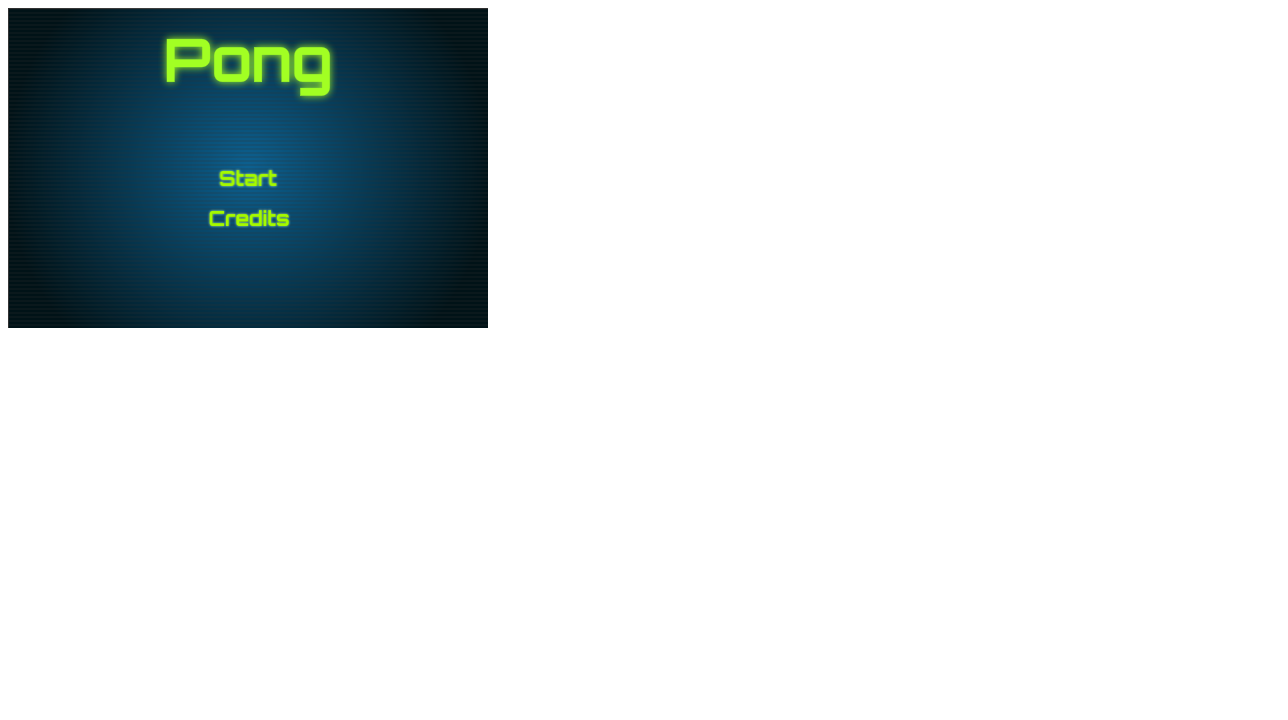
Repository: nourHellani/PongGame
Page: index.html
These files come from the project's save history. The page is drawn as it stood at one moment and after the next save; the edit follows.
The browser window is 1280 px wide. The page is 1288 px wide, then 1280 px, so the pictures cover 1288 px, including what lies to the right of the window. The pictures show the whole page.

Above is the page before, as saved 2023-02-01 12:18:07.
Console error: TypeError: Cannot read properties of null (reading 'getContext')

### index.html
<!DOCTYPE html>
<html>

<head>

	<title>Pong Game</title>

	<style>
		* {
			-webkit-tap-highlight-color: rgba(0, 0, 0, 0);
		}

		body {
			width: 100%;
			height: 100%;
			overflow: hidden;
			display: block;
		}
	</style>

	<!-- javascript libraries
		TweenJs for handling screen transitions and the game loop
		SoundIJS for the sound effects -->

	<script src="easel.js"></script>
	<script src="Tween.js"></script>
	<script src="sound.js"></script>
	<script src="Main.js"></script>


	<script src="https://code.jquery.com/jquery-3.5.1.min.js"></script>
</head>

<body onload="Main();">

	<script>
		(function() {
		   var myCanvas = document.getElementById('Pong')
		   // refering to the canvas using its id
		   var content = myCanvas.getContext('2d');
		   function start() {
			  screen.addEventListener('resize', fitCanvas, false);
			  fitCanvas();    // initial canvas border
		   }
		   function resize() {
			  content.strokeStyle = 'red';
			  content.lineWidth = '10';
			  content.strokeRect(0, 0, screen.innerWidth, screen.innerHeight);
		   }
		   function fitCanvas() {
			  myCanvas.width = screen.innerWidth;
			  myCanvas.height = screen.innerHeight;
			  resize();
		   }
		})();
	 </script>

	<canvas id="Pong" width="480" height="320"></canvas>

</body>

</html>

### sound.js
/**
* EaselJS
* Visit http://easeljs.com/ for documentation, updates and examples.
*
* Copyright (c) 2011 Grant Skinner
*
* Permission is hereby granted, free of charge, to any person
* obtaining a copy of this software and associated documentation
* files (the "Software"), to deal in the Software without
* restriction, including without limitation the rights to use,
* copy, modify, merge, publish, distribute, sublicense, and/or sell
* copies of the Software, and to permit persons to whom the
* Software is furnished to do so, subject to the following
* conditions:
*
* The above copyright notice and this permission notice shall be
* included in all copies or substantial portions of the Software.
*
* THE SOFTWARE IS PROVIDED "AS IS", WITHOUT WARRANTY OF ANY KIND,
* EXPRESS OR IMPLIED, INCLUDING BUT NOT LIMITED TO THE WARRANTIES
* OF MERCHANTABILITY, FITNESS FOR A PARTICULAR PURPOSE AND
* NONINFRINGEMENT. IN NO EVENT SHALL THE AUTHORS OR COPYRIGHT
* HOLDERS BE LIABLE FOR ANY CLAIM, DAMAGES OR OTHER LIABILITY,
* WHETHER IN AN ACTION OF CONTRACT, TORT OR OTHERWISE, ARISING
* FROM, OUT OF OR IN CONNECTION WITH THE SOFTWARE OR THE USE OR
* OTHER DEALINGS IN THE SOFTWARE.
**/
(function(m){function a(){throw"SoundJS cannot be instantiated";}function n(a,d){this.instances=[];this.name=a;this.src=d;this.loaded=this.canPlay=false;this.length=0}a.AUDIO_TIMEOUT=8E3;a.INTERRUPT_ANY=1;a.INTERRUPT_EARLY=2;a.INTERRUPT_LATE=3;a.INTERRUPT_NONE=4;a.onProgress=null;a.onSoundTimeout=null;a.onSoundLoadError=null;a.onSoundLoadComplete=null;a.onLoadQueueComplete=null;a.onSoundComplete=null;a.soundHash=[];a.loadQueue=[];a.itemsToLoad=0;a.instanceCount=0;a.INST_MAX=35;a.FT=0.0010;a.AUDIO_ERROR=
"error";a.AUDIO_PROGRESS="progress";a.AUDIO_COMPLETE="canplaythrough";a.AUDIO_ENDED="ended";a.AUDIO_STALLED="stalled";a._master=1;a._currentLoad=0;a.add=function(b,d,c){a.loadQueue.push({name:b,src:d,instances:c});a.loadQueue.length==1?(a.itemsToLoad=1,a.loadNext()):a.itemsToLoad++};a.addBatch=function(b){for(var d=b.length;b.length;)a.loadQueue.push(b.shift());a.loadQueue.length==d?(a.loadNext(),a.itemsToLoad=d):a.itemsToLoad++};a.play=function(b,d,c,e,f){if(b==null||a.soundHash[b]==null||a.soundHash[b].length==
0||d!=a.INTERRUPT_ANY&&d!=a.INTERRUPT_EARLY&&d!=a.INTERRUPT_LATE&&d!=a.INTERRUPT_NONE&&d!=null)return NaN;if(d==null)d=a.INTERRUPT_NONE;e==null&&(e=false);f||(f=0);c==null||c>1?c=1:c<0&&(c=0);if(f>0)setTimeout(function(){a.beginPlaying(b,d,c,e)},f);else return a.beginPlaying(b,d,c,e);return-1};a.getMasterVolume=function(){return a._master};a.setMasterVolume=function(b){if(Number(b)!=null){b<0?b=0:b>1&&(b=1);var d,c,e;d=a._master;a._master=b;if(a._master!=d)for(e in a.soundHash){c=a.soundHash[e];d=
c.length;for(b=0;b<d;b++)c[b].volume=c[b].storedVolume*a._master}}};a.remove=function(b,d){var c,e,f;if(b==null)for(c in a.soundHash){f=a.soundHash[c];e=f.length;do a.stop(c,e-1),f[e-1].currentSrc="",document.body.removeChild(f[e-1]),f.pop(),e=f.length,a.instanceCount--;while(e)}else{f=a.soundHash[b];if(f==null)return false;e=f.length;if(d==null){do a.stop(b,e-1),f[e-1].currentSrc="",document.body.removeChild(f[e-1]),f.pop(),e=f.length,a.instanceCount--;while(e)}else{if(d<=0||e<=0)return false;e--;
for(c=0;c<=e&&c<d;c++)a.stop(b,e-c),f[e-c].currentSrc="",document.body.removeChild(f[e-c]),f.pop(),a.instanceCount--}}return true};a.setVolume=function(b,d,c){var e,f;if(b==null)return false;b*=a._master;if(d==null)for(f in a.soundHash){e=a.soundHash[f];d=e.length;for(c=0;c<d;c++)e[c].storedVolume=b,e[c].volume=b}else{e=a.soundHash[d];if(e==null)return false;d=e.length;if(c==null)for(c=0;c<d;c++)e[c].storedVolume=b,e[c].volume=b;else{if(d<=c)return false;e[c].storedVolume=b;e[c].volume=b}}return true};
a.getVolume=function(b,d){var c=a.soundHash[b];return c==null||c.length==0?-1:d==null?c[1].storedVolume:c.length<d?-1:c[d].storedVolume};a.setMute=function(b,d,c){var e,f;if(b==null)return false;if(d==null)for(f in a.soundHash){e=a.soundHash[f];d=e.length;for(c=0;c<d;c++)e[c].muted=b}else{e=a.soundHash[d];if(e==null)return false;d=e.length;if(c==null)for(c=0;c<d;c++)e[c].muted=b;else{if(d<=c)return false;e[c].muted=b}}return true};a.pause=function(b,d){var c,e,f,g;if(b==null)for(g in a.soundHash){f=
a.soundHash[g];e=f.length;for(c=0;c<e;c++)f[c].pause()}else{f=a.soundHash[b];if(f==null)return false;e=f.length;if(d==null)for(c=0;c<e;c++)f[c].pause();else{if(e<=d)return false;f[d].pause()}}return true};a.resume=function(b,d){var c,e,f,g;if(b==null)for(g in a.soundHash){e=a.soundHash[g].length;for(c=0;c<e;c++)f=a.soundHash[g][c],(f.loop||f.currentTime!=f.duration&&f.currentTime!=0)&&f.play()}else{if(a.soundHash[b]==null)return false;e=a.soundHash[b].length;if(d==null)for(c=0;c<e;c++)f=a.soundHash[b][c],
(f.loop||f.currentTime!=f.duration&&f.currentTime!=0)&&f.play();else{if(e<=d)return false;f=a.soundHash[b][d];(f.loop||f.currentTime!=f.duration&&f.currentTime!=0)&&f.play()}}return true};a.stop=function(b,d){var c,e,f,g;if(b==null)for(g in a.soundHash){e=a.soundHash[g].length;for(c=0;c<e;c++){f=a.soundHash[g][c];try{f.currentTime=0}catch(h){}f.pause()}}else{if(a.soundHash[b]==null)return false;e=a.soundHash[b].length;if(d==null)for(c=0;c<e;c++)f=a.soundHash[b][c],f.currentTime=0,f.pause();else{if(e<=
d)return false;f=a.soundHash[b][d];f.currentTime=0;f.pause()}}return true};a.isLoaded=function(b){var d=true,c;if(b==null)for(c in a.soundHash){if(d=d&&a.soundHash[c]&&a.soundHash[c][0]&&a.soundHash[c][0].loaded,!d)break}else return a.soundHash[b]&&a.soundHash[b][0]&&a.soundHash[b][0].loaded;return d};a.getNumInstances=function(b){return b==null?instanceCount:a.soundHash[b]?a.soundHash[b].length:-1};a.getMaxInstances=function(){return a.INST_MAX};a.getCurrentLoadProgress=function(){return(a.itemsToLoad-
a.loadQueue.length-(1-a._currentLoad))/a.itemsToLoad};a.getInstance=function(b,d){return b==null||d<0||!a.soundHash[b]||!a.soundHash[b][d]?null:a.soundHash[b][d]};a.beginPlaying=function(b,d,c,e){var f,g,h,i=false,j=a.soundHash[b];if(!j[0].loaded)throw Error("Audio is not loaded. The source(s) are either not found, or the correct audio formats are not provided.");for(var k=j.length,b=0;b<k;b++){h=j[b];g==null&&d!=a.INTERRUPT_ANY&&d!=a.INTERRUPT_NONE&&(g=h,f=b);if(h.currentTime>=h.duration-a.FT&&!h.loop||
h.currentTime==0&&h.paused)i=true,k=b;else if(d==a.INTERRUPT_EARLY&&h.currentTime<g.currentTime||d==a.INTERRUPT_LATE&&h.currentTime>g.currentTime)i=true;i&&(g=h,f=b)}d==a.INTERRUPT_ANY&&!g&&(g=j[0],f=0);return g?(g.loop=e,g.storedVolume=c,g.volume=c*a._master,g.currentTime=0,g.paused&&g.play(),f):-1};a.loadNext=function(){if(a.loadQueue.length<=0){if(a.onLoadQueueComplete)a.onLoadQueueComplete()}else{var b=a.loadQueue.shift(),d=b.instances||1,c=b.name,b=b.src,e=a.soundHash[c];if(e==null)e=a.soundHash[c]=
[];else if(e.length)b=e[0].src;for(var f=e=e.length,d=e+d;f<d;f++){var g=document.createElement("audio");if(f==e)g.timeoutId=setTimeout(function(){a.handleAudioTimeout(g)},a.AUDIO_TIMEOUT),g.addEventListener(a.AUDIO_COMPLETE,a.handleAudioComplete,false),g.addEventListener(a.AUDIO_PROGRESS,a.handleProgress,false),g.addEventListener(a.AUDIO_STALLED,a.handleAudioStall,false),g.addEventListener(a.AUDIO_ERROR,a.handleAudioError,false),g.loaded=false;g.addEventListener(a.AUDIO_ENDED,a.handleEnded,false);
g.setAttribute("id",c+"_"+f);g.setAttribute("preload","auto");var h;if(b instanceof Array)for(var i=0,j=b.length;i<j;i++){var k=g.appendChild(document.createElement("source"));h=a.getType(b[i]);k.setAttribute("type",h);k.setAttribute("src",b[i])}else h=a.getType(b),g.setAttribute("type",h),g.setAttribute("src",b);g.load();document.body.appendChild(g);a.soundHash[c].push(g);a.instanceCount++}}};a.getType=function(a){switch(a.slice(a.lastIndexOf(".")+1)){case "mp3":return"audio/mpeg";case "ogg":return"audio/ogg";
case "wav":return"audio/wav";default:throw"'"+a+"' is not a recognized audio file";}};a.handleEnded=function(){if(a.onSoundEnded){var b=this.id.split("_");a.onSoundEnded(this,b[0],b[1])}};a.handleAudioTimeout=function(b){if(a.onSoundTimeout){var d=b.id.split("_");a.onSoundTimeout(b,d[0],d[1])}a.loadNext()};a.handleProgress=function(){try{this.buffered.end()}catch(b){return}a._currentLoad=this.buffered.end()/this.duration;if(a.onProgress)a.onProgress(a.getCurrentLoadProgress())};a.handleAudioError=
function(){clearTimeout(this.timeoutId);if(a.onSoundLoadError){var b=this.id.split("_");a.onSoundLoadError(this,b[0],b[1])}a.loadNext()};a.handleAudioComplete=function(){var b=this.id.split("_");this.removeEventListener(a.AUDIO_COMPLETE,a.handleAudioComplete,false);clearTimeout(this.timeoutId);this.loaded=true;if(a.onSoundLoadComplete)a.onSoundLoadComplete(this,b[0],b[1]);a.loadNext()};a.handleAudioStall=function(a){setTimeout(function(){testAudioStall(a)},0)};a.testAudioStall=function(){var b=this.id.split("_");
if(!a.soundHash[b[0]][b[1]].loaded){if(a.onStall)a.onStall(this,b[0],b[1]);a.loadNext()}};m.SoundJS=a;var l=n.prototype;l.add=function(a){this.instances.push(a);this.length=this.instances.length;this.instances.length==1&&a.addEventListener("canplaythrough",function(){a.canplaythrough()})};l.remove=function(a){this.instances.splice(a,1);this.length=this.instances.length};l.canplaythrough=function(){this.loaded=true};m.SoundJSElement=n})(window);

### Main.js

let counter = 0;
let timeout;
let timer_on = 0;

/* Define Canvas */

var canvas;
var stage;

// Graphics
//[This variable stores the title background image]

var bgImg = new Image();
var bg;

//[Title View]
//These variables store its components.

var mainImg = new Image();
var main;
var startBImg = new Image();
var startB;
var creditsBImg = new Image();
var creditsB;

//[Title View Group]

var TitleView = new Container();

//[Credits]
//This view will show the credits, year and copyright of the game, these variables will be used to store it.

var creditsViewImg = new Image();
var credits;

//[Game View]
//The next variables store the individual graphics that appear in the Game View:

var playerImg = new Image();
var player;
var ballImg = new Image();
var ball;
var cpuImg = new Image();
var cpu;
var winImg = new Image();
var win;
var loseImg = new Image();
var lose;
var timeupImg = new Image();
var timeup;

//[Score]
//The score values will be handled by the next variables:

var playerScore;
var cpuScore;
var timer;
var time;

// Variables
var xSpeed = 5; //Horizontal speed of the ball
var ySpeed = 5; //Vertical speed of the ball
var gfxLoaded = 0; //used as a preloader, counts the already loaded items
var tkr = new Object(); //used as an event listener to the Ticker


// Main Function

function Main() {
  /* Link Canvas */
  canvas = document.getElementById("Pong");
  stage = new Stage(canvas);


  /* Sound */

  SoundJS.addBatch([
    { name: "hit", src: "assets/mp3/hit.mp3", instances: 1 }, // played when the ball hits a paddle
    { name: "playerScore", src: "assets/mp3/playerScore.mp3", instances: 1 }, //played when they player scores
    { name: "enemyScore", src: "assets/mp3/enemyScore.mp3", instances: 1 }, //played when the enemy scores
    { name: "wall", src: "assets/mp3/wall.mp3", instances: 1 }, //played when the ball hits the top or bottom boundary
  ]);

  /* Load GFX */

  bgImg.src = "assets/png/bg.png";
  bgImg.name = "bg";
  bgImg.onload = loadGfx;

  mainImg.src = "assets/png/main.png";
  mainImg.name = "main";
  mainImg.onload = loadGfx;

  startBImg.src = "assets/png/startB.png";
  startBImg.name = "startB";
  startBImg.onload = loadGfx;

  creditsBImg.src = "assets/png/creditsB.png";
  creditsBImg.name = "creditsB";
  creditsBImg.onload = loadGfx;

  creditsViewImg.src = "assets/png/credits.png";
  creditsViewImg.name = "credits";
  creditsViewImg.onload = loadGfx;

  playerImg.src = "assets/png/paddle.png";
  playerImg.name = "player";
  playerImg.onload = loadGfx;

  ballImg.src = "assets/png/ball.png";
  ballImg.name = "ball";
  ballImg.onload = loadGfx;

  cpuImg.src = "assets/png/paddle.png";
  cpuImg.name = "cpu";
  cpuImg.onload = loadGfx;

  winImg.src = "assets/png/win.png";
  winImg.name = "win";
  winImg.onload = loadGfx;

  loseImg.src = "assets/png/lose.png";
  loseImg.name = "lose";
  loseImg.onload = loadGfx;

  timeupImg.src = 'assets/png/timesUp.png';
	timeupImg.name = 'timeup';
	timeupImg.onload = loadGfx;

  /* Ticker */

  Ticker.setFPS(30);
  Ticker.addListener(stage);
}

//Every time a graphic is loaded this function will run.
//It will assign each image to a bitmap object and check
// thatall the elements are loaded before proceeding
function loadGfx(e) {
  if ((e.target.name = "bg")) {
    bg = new Bitmap(bgImg);
  }
  if ((e.target.name = "main")) {
    main = new Bitmap(mainImg);
  }
  if ((e.target.name = "startB")) {
    startB = new Bitmap(startBImg);
  }
  if ((e.target.name = "creditsB")) {
    creditsB = new Bitmap(creditsBImg);
  }
  if ((e.target.name = "credits")) {
    credits = new Bitmap(creditsViewImg);
  }
  if ((e.target.name = "player")) {
    player = new Bitmap(playerImg);
  }
  if ((e.target.name = "ball")) {
    ball = new Bitmap(ballImg);
  }
  if ((e.target.name = "cpu")) {
    cpu = new Bitmap(cpuImg);
  }
  if ((e.target.name = "win")) {
    win = new Bitmap(winImg);
  }
  if ((e.target.name = "lose")) {
    lose = new Bitmap(loseImg);
  }
  if((e.target.name = 'timeup')){
    timeup = new Bitmap(timeupImg);
  }

  gfxLoaded++;

  if (gfxLoaded == 11) {
    addTitleView();
  }
}

// Add Title View Function
//When all the graphics are loaded the Title View is added to the stage by the following function:

function addTitleView() {
  startB.x = 240 - 31.5;
  startB.y = 160;
  startB.name = "startB";

  creditsB.x = 241 - 42;
  creditsB.y = 200;

  TitleView.addChild(main, startB, creditsB);
  stage.addChild(bg, TitleView);
  stage.update();

  // Button Listeners

  startB.onPress = tweenTitleView;
  creditsB.onPress = showCredits;
}

//The Credits screen is shown when the user clicks the credits button;
// a mouse listener is added to the full image to remove it.
function showCredits() {
  // Show Credits

  credits.x = 480;

  stage.addChild(credits);
  stage.update();
  Tween.get(credits).to({ x: 0 }, 300);
  credits.onPress = hideCredits;
}

// Hide Credits

function hideCredits(e) {
  Tween.get(credits).to({ x: 480 }, 300).call(rmvCredits);
}

// Remove Credits

function rmvCredits() {
  stage.removeChild(credits);
}

// Tween Title View

function tweenTitleView() {
  // Start Game

  Tween.get(TitleView).to({ y: -320 }, 300).call(addGameView);
}

// Add Game View

function addGameView() {
  // Destroy Menu & Credits screen

  stage.removeChild(TitleView);
  TitleView = null;
  credits = null;

  // Add Game View

  player.x = 2;
  player.y = 160 - 37.5;
  cpu.x = 480 - 25;
  cpu.y = 160 - 37.5;
  ball.x = 240 - 15;
  ball.y = 160 - 15;

  // Score

  playerScore = new Text("0", "bold 20px Arial", "#A3FF24");
  playerScore.maxWidth = 1000; //fix for Chrome 17
  playerScore.x = 211;
  playerScore.y = 20;

  cpuScore = new Text("0", "bold 20px Arial", "#A3FF24");
  cpuScore.maxWidth = 1000; //fix for Chrome 17
  cpuScore.x = 262;
  cpuScore.y = 20;

  timer = new Text('Timer:', 'bold 20px Arial', '#A3FF24');
	timer.maxWidth = 1000;	//fix for Chrome 17
	timer.x = 50;
	timer.y = 20;

	time = new Text('60', 'bold 20px Arial', '#A3FF24');
	time.maxWidth = 1000;	//fix for Chrome 17
	time.x = 120;
	time.y = 20;

  stage.addChild(playerScore, cpuScore,timer,time, player, cpu, ball);
  stage.update();

  // Start Listener

  bg.onPress = startGame;
}

// Player Movement

function movePaddle(e) {
  // Mouse Movement
  player.y = e.stageY;
}

// Start Game Function

function startGame(e) {
  bg.onPress = null;
  stage.onMouseMove = movePaddle;

  Ticker.addListener(tkr, false);
  tkr.tick = update;
}

/* Reset */

function reset() {
  ball.x = 240 - 15;
  ball.y = 160 - 15;
  player.y = 160 - 37.5;
  cpu.y = 160 - 37.5;

  stage.onMouseMove = null;
  Ticker.removeListener(tkr);
  bg.onPress = startGame;
}

// Update Function

function update() {
  // Ball Movement

  ball.x = ball.x + xSpeed;
  ball.y = ball.y + ySpeed;

  // Cpu Movement

  if (cpu.y < ball.y) {
    cpu.y = cpu.y + 2.5;
  } else if (cpu.y > ball.y) {
    cpu.y = cpu.y - 2.5;
  }

  // Wall Collision

  if (ball.y < 0) {
    ySpeed = -ySpeed;
    SoundJS.play("wall");
  } //Up
  if (ball.y + 30 > 320) {
    ySpeed = -ySpeed;
    SoundJS.play("wall");
  } //down

  if (!timer_on) {
    timer_on = 1;
    timedCount();
  }
  /* CPU Score */

  if (ball.x < 0) {
    xSpeed = -xSpeed;
    cpuScore.text = parseInt(cpuScore.text + 1);
    reset();
    SoundJS.play("enemyScore");
  }

  /* Player Score */

  if (ball.x + 30 > 480) {
    xSpeed = -xSpeed;
    playerScore.text = parseInt(playerScore.text + 1);
    reset();
    SoundJS.play("playerScore");
  }

  /* Cpu collision */

  if (
    ball.x + 30 > cpu.x &&
    ball.x + 30 < cpu.x + 22 &&
    ball.y >= cpu.y &&
    ball.y < cpu.y + 75
  ) {
    xSpeed *= -1;
    SoundJS.play("hit");
  }

  /* Player collision */

  if (
    ball.x <= player.x + 22 &&
    ball.x > player.x &&
    ball.y >= player.y &&
    ball.y < player.y + 75
  ) {
    xSpeed *= -1;
    SoundJS.play("hit");
  }

  /* Stop Paddle from going out of canvas */

  if (player.y >= 249) {
    player.y = 249;
  }

  /* Check for Win */

  if (playerScore.text == "1") {
    alert("win");
    clearTimeout(timeout);
    parseInt(time.text)=60; 		//to avoid loop of timeout

    reset();
    timer_on = 0;
  }

  /* Check for Game Over */

  if (cpuScore.text == "1") {
    alert("lose");
    clearTimeout(timeout);
    parseInt(time.text)=60; 		//to avoid loop of timeout

    reset();
    timer_on = 0;
  }

  // if(!timer_on && (parseInt(playerScore.text) == "1" || parseInt(cpuScore.text) == "1")){
  //   alert("lose");

  // }
}
function timedCount() {

  if ( parseInt(time.text) > 0  ) {
    time.text = parseInt(time.text - 1);
  }

 else {

 clearTimeout(timeout);
 alert('timeup');

 parseInt(time.text)=60; 		//to avoid loop of timeout

 reset();
 timer_on = 0;


}

 timeout = setTimeout(timedCount, 1000);
}


function alert(e) {
  Ticker.removeListener(tkr);
  stage.onMouseMove = null;
  bg.onPress = null;

  if (e == "win") {
    win.x = 140;
    win.y = -90;

    stage.addChild(win);
    Tween.get(win).to({ y: 115 }, 300);
  }
  else if(e == 'timeup')
	{
		timeup.x = 140;
		timeup.y = -90;

		stage.addChild(timeup);
		Tween.get(timeup).to({y: 115}, 300);


	}
  else if(e == 'lose')
  {
    lose.x = 140;
    lose.y = -90;

    stage.addChild(lose);
    Tween.get(lose).to({ y: 115 }, 300);
  }
}

Loaded but not shown: easel.js (library); Tween.js (420 lines, source omitted)

After the next save:
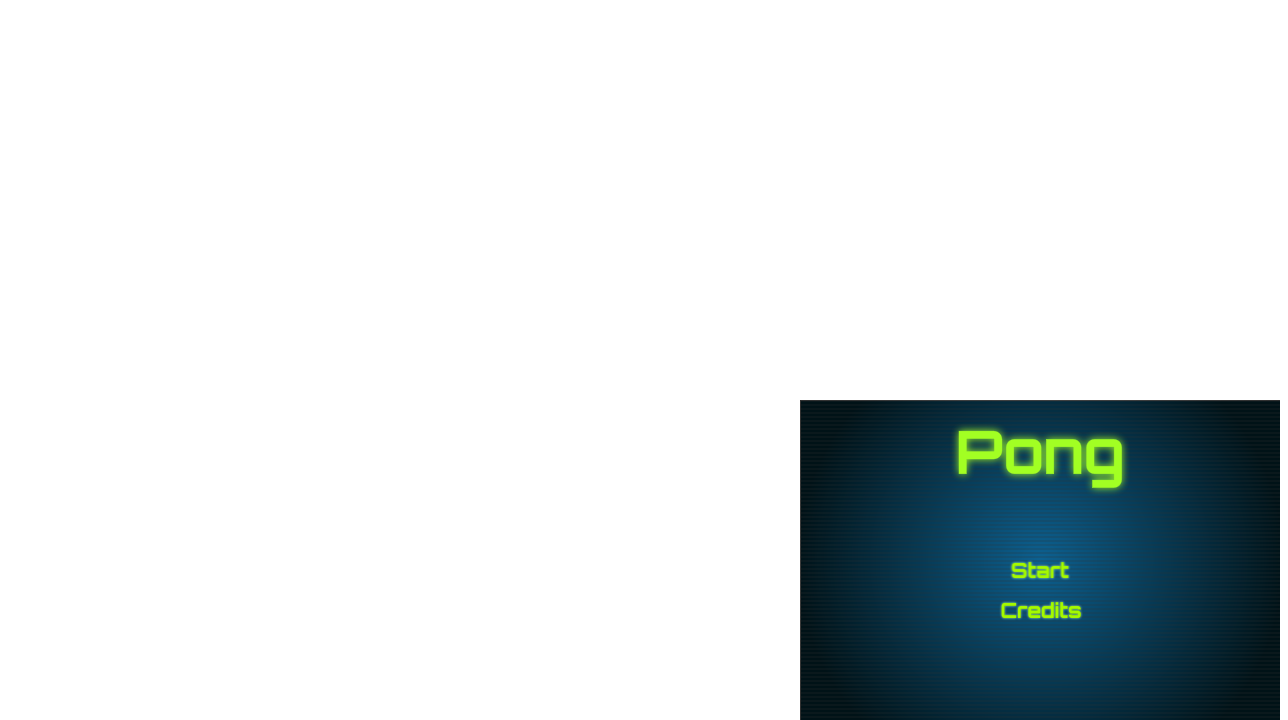
Saved 17 s later.
--- a/index.html
+++ b/index.html
@@ -55,7 +55,7 @@
 		})();
 	 </script>
 
-	<canvas id="Pong" width="480" height="320"></canvas>
+	<canvas id="Pong" style='position: absolute; right :0px; bottom : 0px;' width="480" height="320"></canvas>
 
 </body>
 
